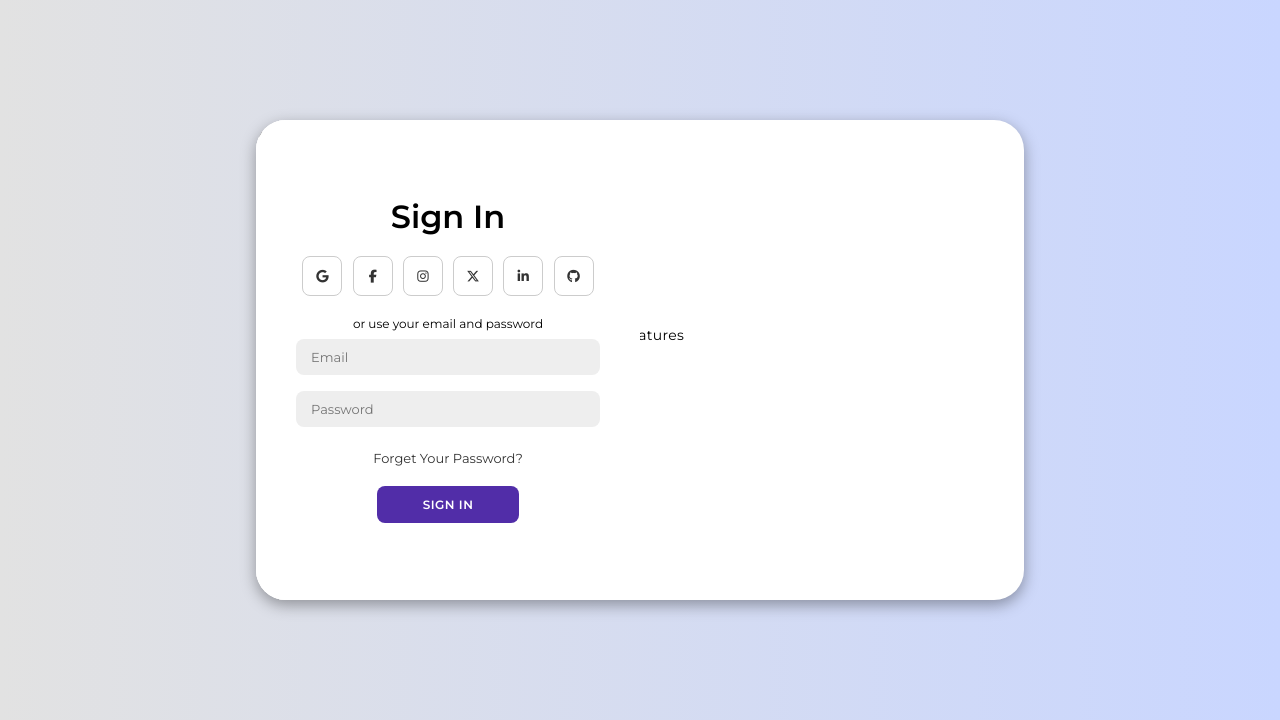
Repository: DevMike1993/Animated_Login_Page
Page: index.html
The author's editor kept a copy of each file at every save. The page is drawn from the files as they stood at one save, then again after a run of saves.
The browser window is 1280 px wide. The pictures show the whole page.

Above is the page before, as saved 2023-12-17 22:15:51.
Not found: script.js

After the next 3 saves:
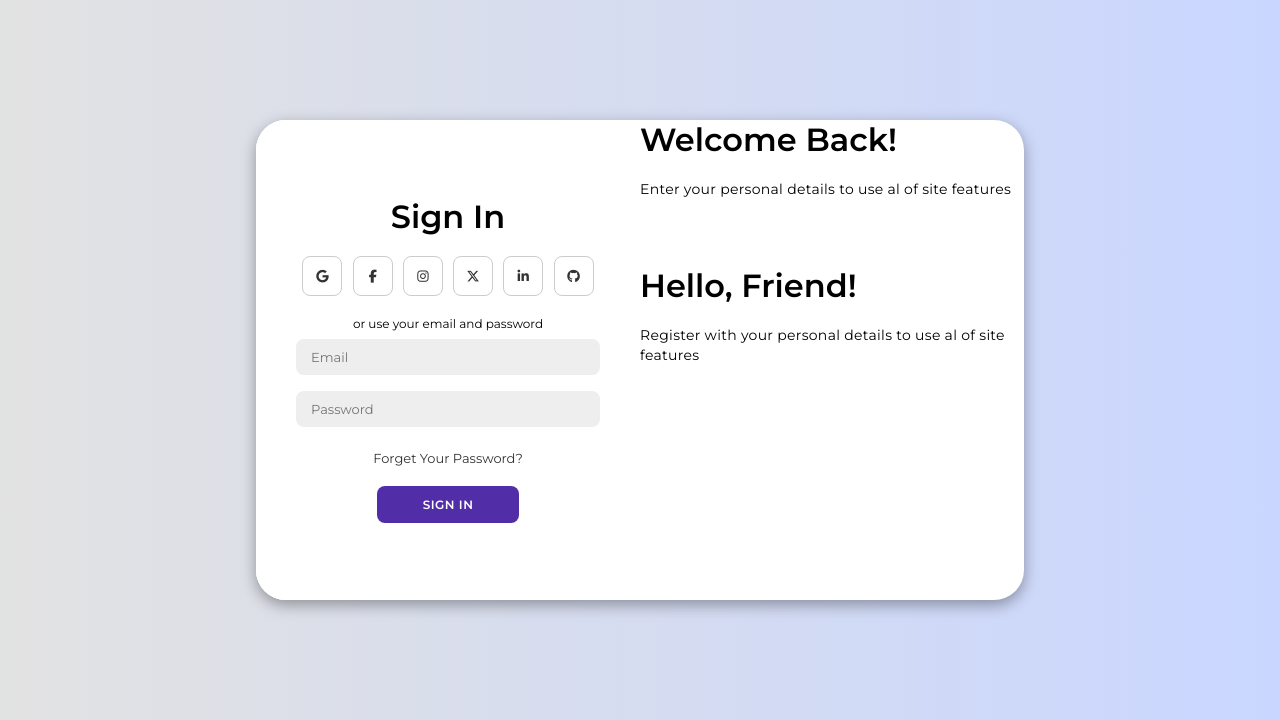
The 3 saves are shown as one change because they came seconds apart.
The last was saved 18 s later.
--- a/style.css
+++ b/style.css
@@ -146,5 +146,8 @@ body{
 .toggle-container{
     position: absolute;
     top: 0;
-    le
+    left: 50%;
+    width: 50%;
+    height: 100%;
+    overflow: ;
 }
